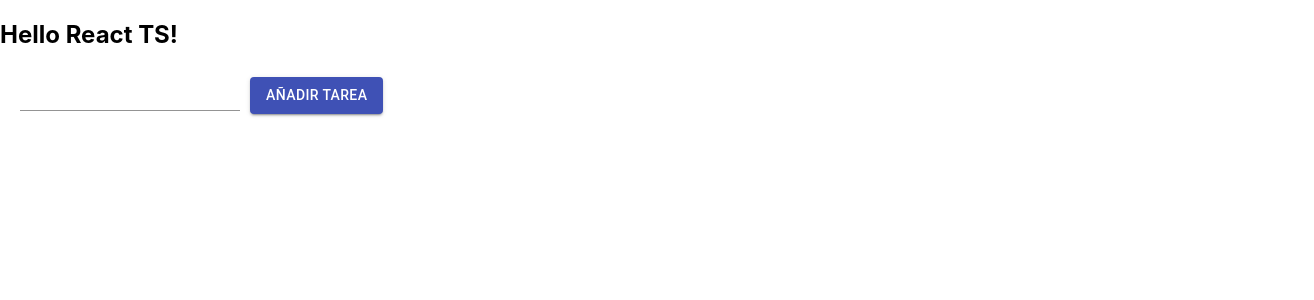
Repository: Salvaaragon/ItemListReact
Page: /
These files come from the project's save history. The page is drawn as it stood at one moment and after a run of saves; the edit follows.
The browser window is 1280 px wide. The page is 1314 px wide, so the pictures cover 1314 px, including what lies to the right of the window. The pictures show the whole page.
The project was rebuilt for these pictures with package versions that can differ from the ones it lists, and the page was loaded fresh each time. Also part of the build but not shown: src/components/TasksListItem.tsx.

Above is the page before, as saved 2019-08-04 11:33:00.

After the next 2 saves:
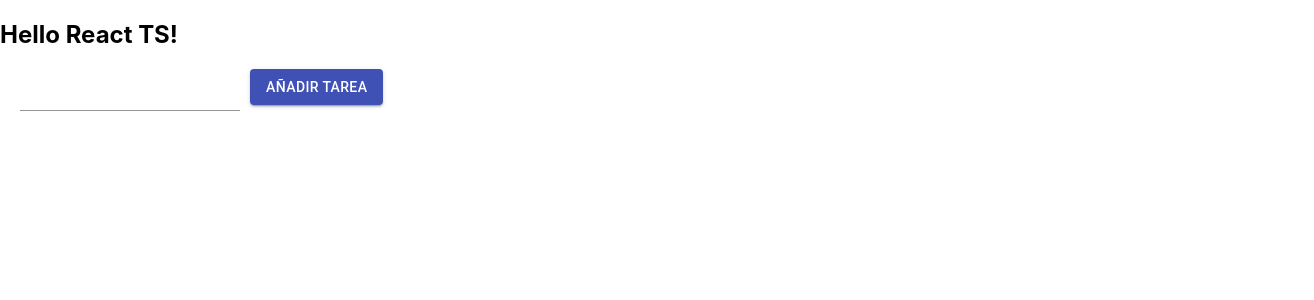
The 2 saves are shown as one change because 1 did not build or start.
The last was saved 68 s later.
--- a/src/components/NewTaskForm.tsx
+++ b/src/components/NewTaskForm.tsx
@@ -2,7 +2,7 @@
 import { Task } from "../models/task";
 import ReactDOM from 'react-dom';
 import Button from '@material-ui/core/Button';
-import Input from '@material-ui/core/Input';
+import TextField from '@material-ui/core/TextField';
 import Grid from '@material-ui/core/Grid';
 
 var myStyle = {
@@ -22,7 +22,7 @@
 }) => (
     <Grid container spacing={3} style={myStyle}>
         <form onSubmit={onAdd}>
-            <Input onChange={onChange} value={task.name} style={myStyle}/>
+            <TextField onChange={onChange} value={task.name} style={myStyle}/>
             <Button variant="contained" color="primary" type="submit">Añadir tarea</Button>
         </form>
     </Grid>

After the save that followed:
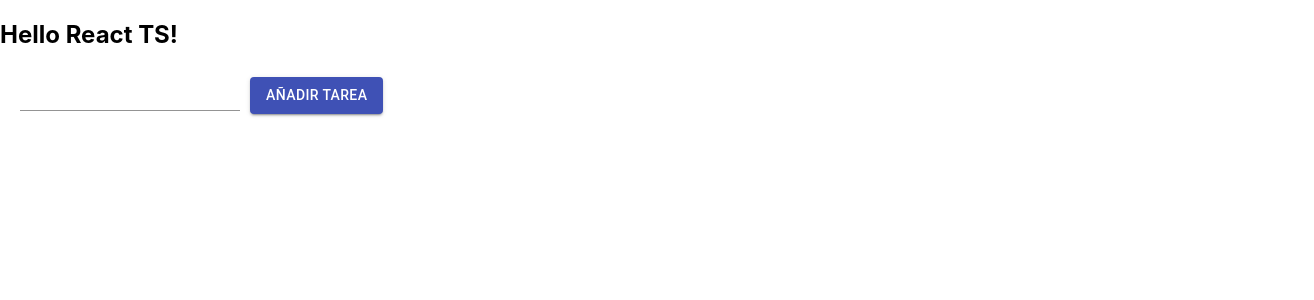
Saved 19 s later.
--- a/src/components/NewTaskForm.tsx
+++ b/src/components/NewTaskForm.tsx
@@ -2,7 +2,7 @@
 import { Task } from "../models/task";
 import ReactDOM from 'react-dom';
 import Button from '@material-ui/core/Button';
-import TextField from '@material-ui/core/TextField';
+import Input from '@material-ui/core/Input';
 import Grid from '@material-ui/core/Grid';
 
 var myStyle = {
@@ -22,7 +22,7 @@
 }) => (
     <Grid container spacing={3} style={myStyle}>
         <form onSubmit={onAdd}>
-            <TextField onChange={onChange} value={task.name} style={myStyle}/>
+            <Input onChange={onChange} value={task.name} style={myStyle}/>
             <Button variant="contained" color="primary" type="submit">Añadir tarea</Button>
         </form>
     </Grid>
